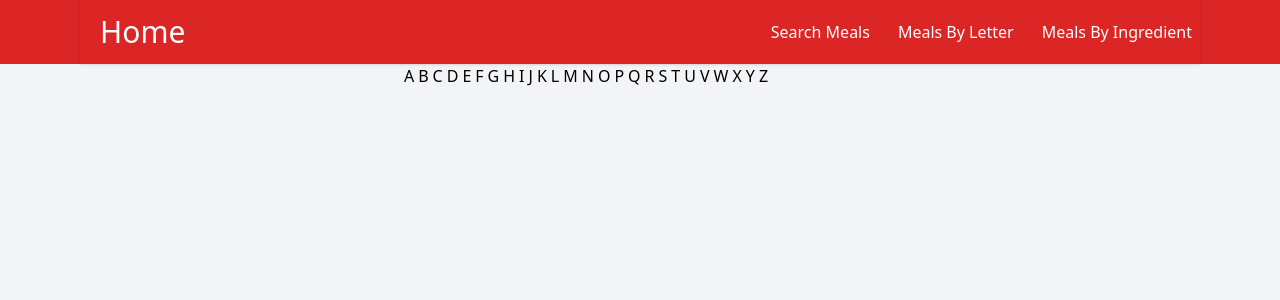
Repository: HalemX/meals
Page: /by-letter
The author's editor kept a copy of each file at every save. The page is drawn from the files as they stood at one save, then again after the next save.
The browser window is 1280 px wide. The pictures show the whole page.
The project was rebuilt for these pictures with package versions that can differ from the ones it lists, and the page was loaded fresh each time. Also part of the build but not shown: vite.config.js, src/pages/meals/MealsByName.vue, src/components/meals_components/MealDetails.vue.

Above is the page before, as saved 2024-02-11 15:29:04.

After the next save:
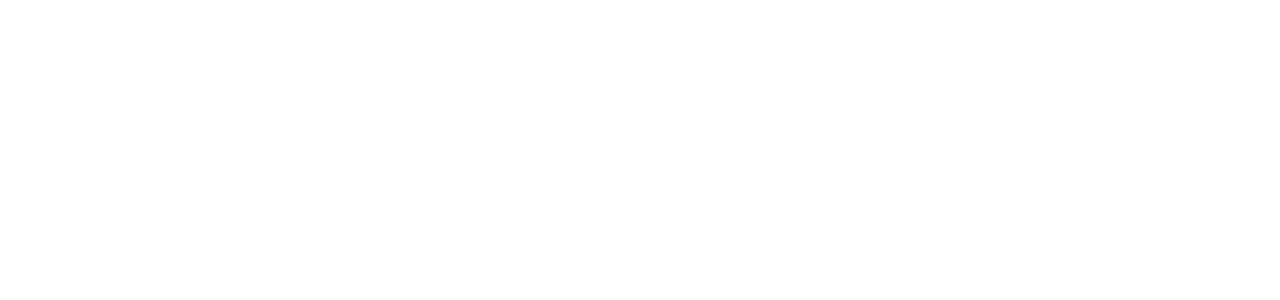
Console error: ReferenceError: AllMealsByName is not defined
Saved 38 s later.
--- a/src/pages/meals/MealsByLetters.vue
+++ b/src/pages/meals/MealsByLetters.vue
@@ -12,7 +12,10 @@
 </template>
 
 <script>
-import AllMealsByName from "../../components/meals_components/MealsItem.vue";
+import MealsItem from "../../components/meals_components/MealsItem.vue";
+
+import { useStore } from "vuex";
+import { useRoute } from "vue-router";
 
 export default {
   components: {

After the save that followed:
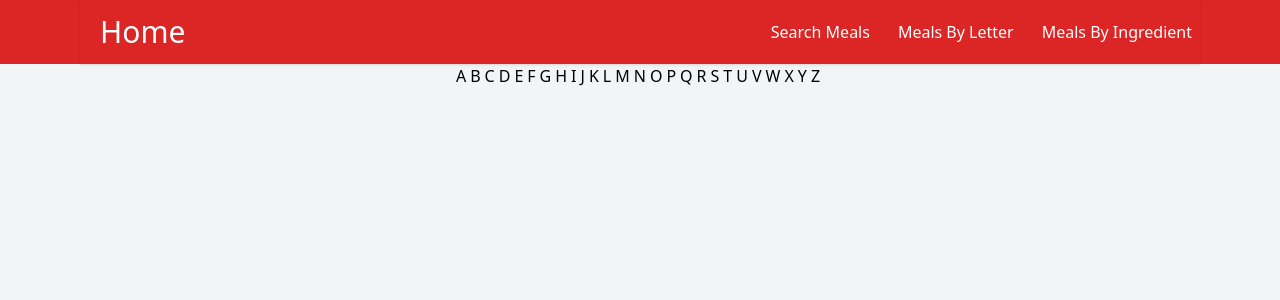
The error is gone.
Saved 6 s later.
--- a/src/pages/meals/MealsByLetters.vue
+++ b/src/pages/meals/MealsByLetters.vue
@@ -19,7 +19,7 @@
 
 export default {
   components: {
-    AllMealsByName,
+    MealsItem,
   },
   setup() {
     const letters = "ABCDEFGHIJKLMNOPQRSTUVWXYZ".split("");
